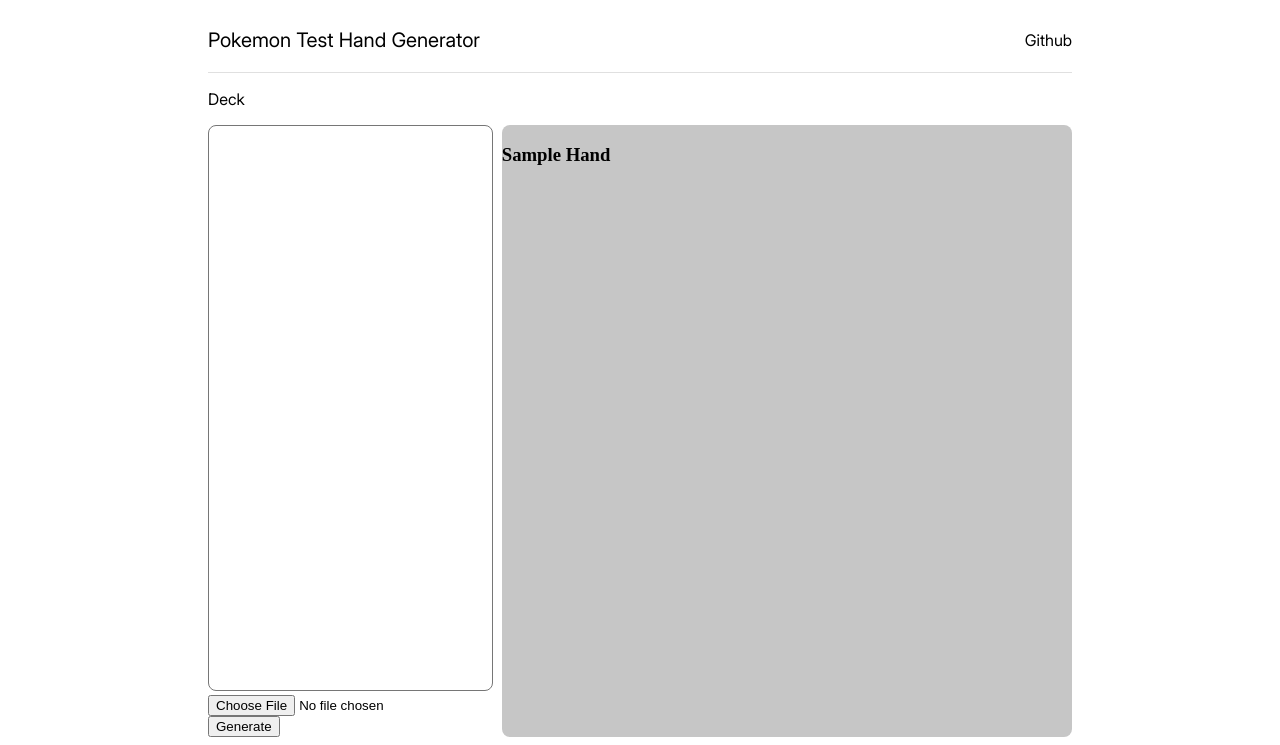
Repository: danielj1415/test-hand-simulator
Page: /
An editor plug-in stored every save of this project. The page is shown before and after the next save, followed by the edit.
The browser window is 1280 px wide. The pictures show the whole page.
The project was rebuilt for these pictures with package versions that can differ from the ones it lists, and the page was loaded fresh each time. Also part of the build but not shown: vite.config.ts, src/index.css.

Above is the page before, as saved 2024-10-31 17:42:33.

After the next save:
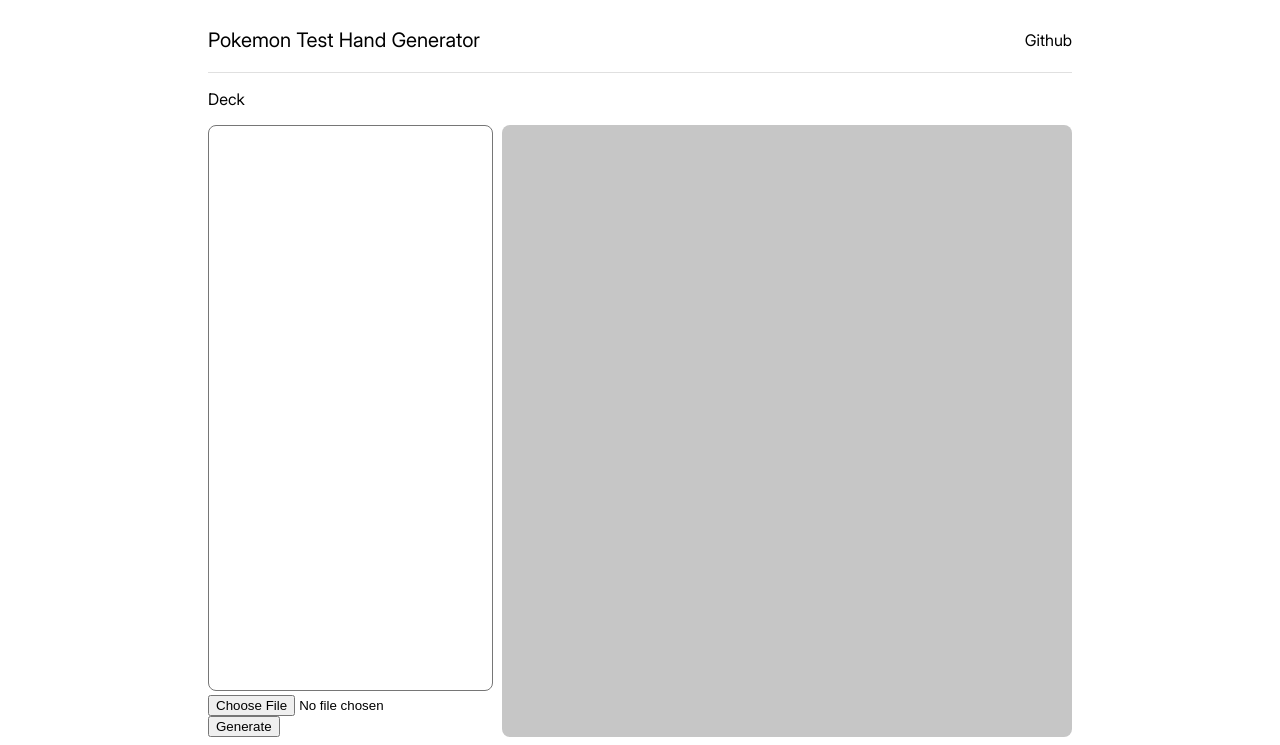
Saved 32 s later.
--- a/src/App.tsx
+++ b/src/App.tsx
@@ -95,7 +95,6 @@
             </form>
           </div>
           <div className="testHands">
-            <h3>Sample Hand</h3>
             <div className="cardRow">
               {sampleHand.map((card, index) => (
                 <div key={index} className="card">
